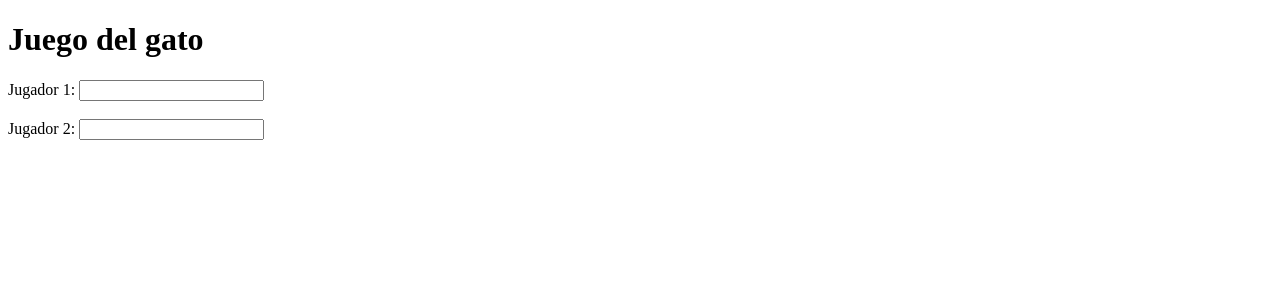
Repository: franciscamanquecheo/Taller-2
Page: / (app in vite-project/)
These files come from the project's save history. The page is drawn as it stood at one moment and after the next save; the edit follows.
The browser window is 1280 px wide. The pictures show the whole page.
The project was rebuilt for these pictures with package versions that can differ from the ones it lists, and the page was loaded fresh each time. Also part of the build but not shown: vite-project/vite.config.ts.

Above is the page before, as saved 2022-06-17 16:59:35.

After the next save:
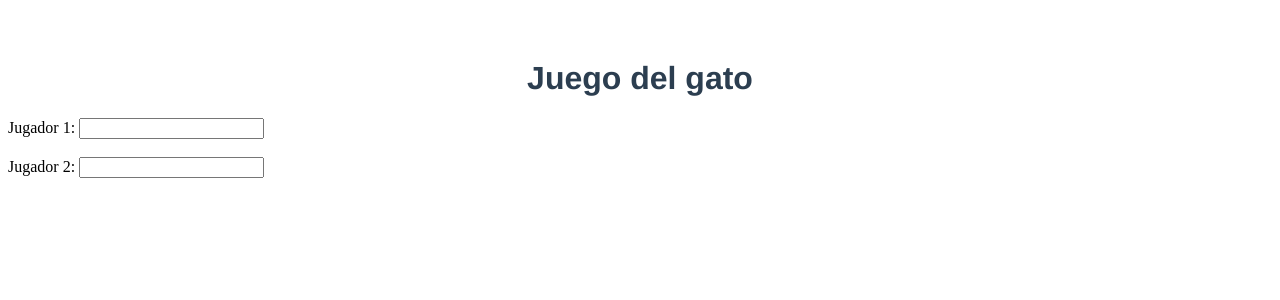
Saved 8 s later.
--- a/vite-project/src/App.vue
+++ b/vite-project/src/App.vue
@@ -18,7 +18,7 @@ import HelloWorld from './components/HelloWorld.vue'
 </template>
 
 <style>
-#h1 {
+h1 {
   font-family: Avenir, Helvetica, Arial, sans-serif;
   -webkit-font-smoothing: antialiased;
   -moz-osx-font-smoothing: grayscale;
